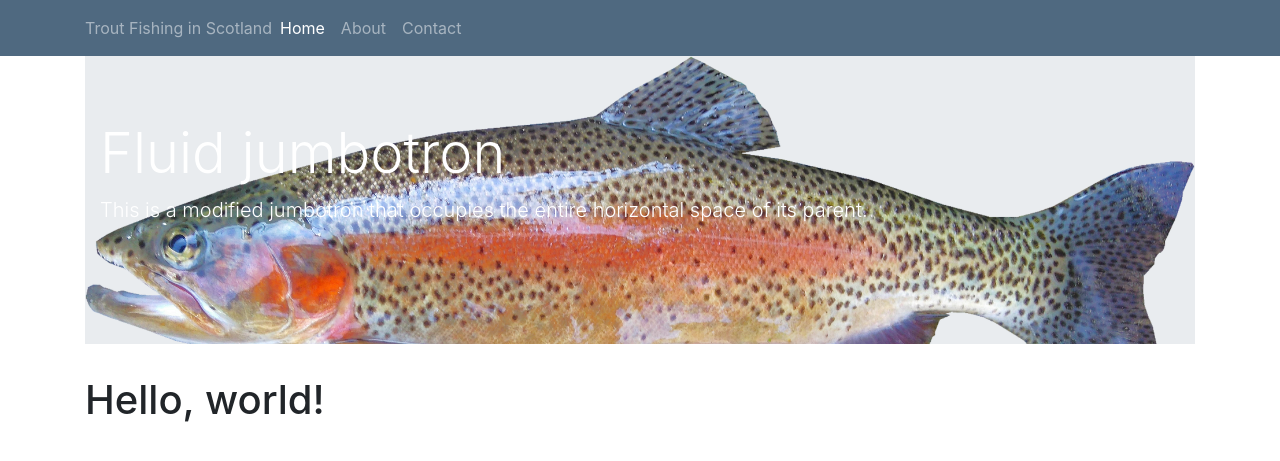
Repository: adrian9211/College_project
Page: index.html
An editor plug-in stored every save of this project. The page is shown before and after a run of saves, followed by the edit.
The browser window is 1280 px wide. The pictures show the whole page.

Above is the page before, as saved 2020-10-28 13:53:15.

After the next 4 saves:
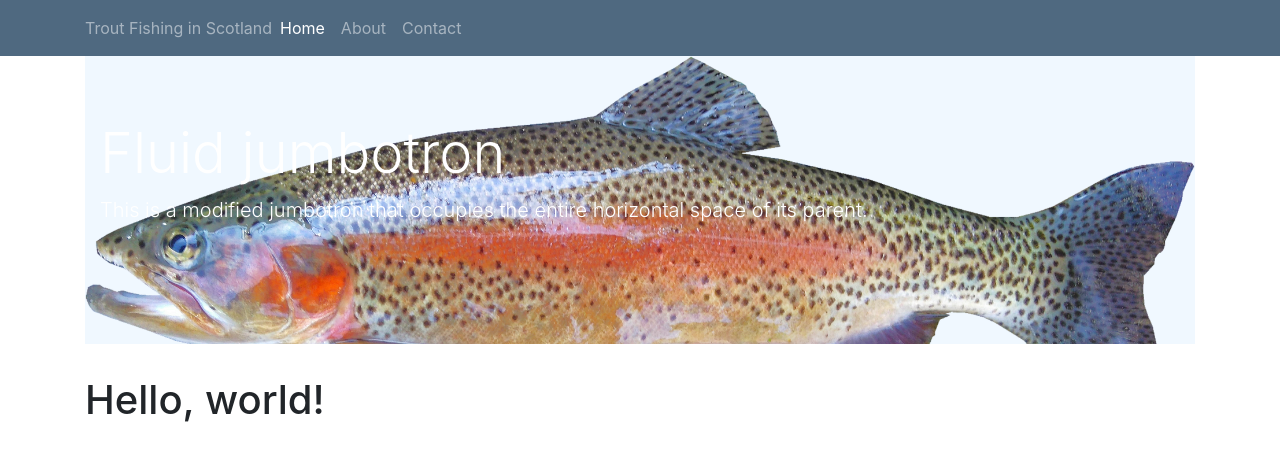
The 4 saves are shown as one change because they came seconds apart.
The last was saved 22 s later.
--- a/css/style.css
+++ b/css/style.css
@@ -1,5 +1,6 @@
 .jumbotron {
     background-image: url("../img/trout.png");
+    background-color: aliceblue;
     background-size: cover;
     height: 40vh;
 }
